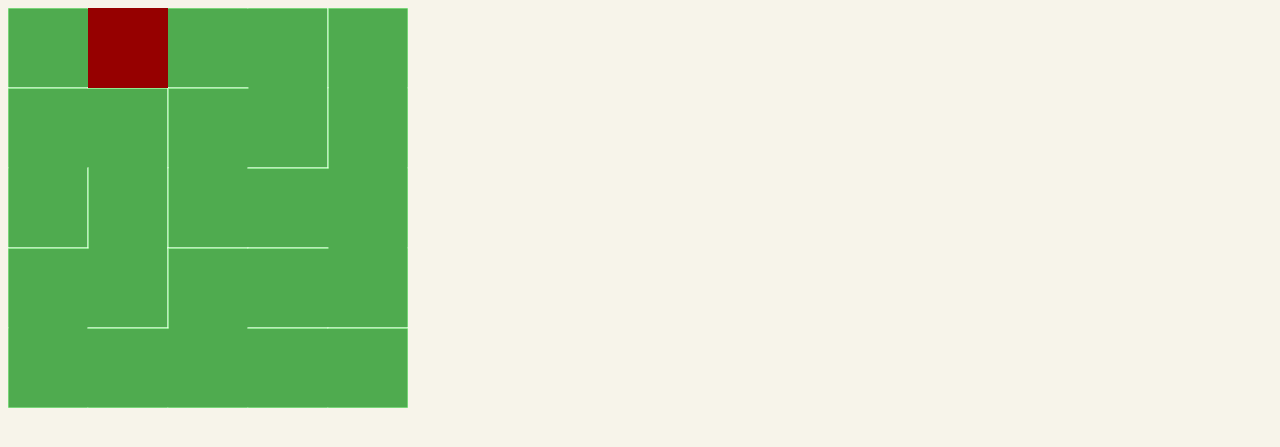
Repository: animarcus/maze-generator
Page: index.html
An editor plug-in stored every save of this project. The page is shown before and after the next save, followed by the edit.
The browser window is 1280 px wide. The pictures show the whole page.
Some web libraries are served in a nearby version.

Above is the page before, as saved 2020-09-12 17:51:34.
Console error: SyntaxError: Unexpected token '}'

### index.html
<!DOCTYPE html>
<html lang="en">
<head>
  <link rel="apple-touch-icon" sizes="180x180" href="/icons/apple-touch-icon.png">
  <link rel="icon" type="image/png" sizes="32x32" href="/icons/favicon-32x32.png">
  <link rel="icon" type="image/png" sizes="16x16" href="/icons/favicon-16x16.png">
  <link rel="manifest" href="/icons/site.webmanifest">
  <link rel="mask-icon" href="/icons/safari-pinned-tab.svg" color="#5bbad5">
  <link rel="shortcut icon" href="/icons/favicon.ico">
  <meta name="msapplication-TileColor" content="#da532c">
  <meta name="msapplication-config" content="/icons/browserconfig.xml">
  <meta name="theme-color" content="#ffffff">

  <script type="text/javascript" src="https://cdn.jsdelivr.net/npm/p5@1.1.4/lib/p5.min.js"></script>
  <script src="js/cell.js"></script>
  <script src="js/sketch.js"></script>
  <script src="js/solver.js"></script>


  <link rel="stylesheet" href="css/style.css">
  <meta charset="UTF-8">
  <meta name="viewport" content="width=device-width, initial-scale=1.0, maximum-scale=1.0, user-scalable=0">
  <title>Maze Generator</title>
</head>
<body>
</body>
</html>

### js/cell.js
class Cell {
  constructor(i, j) {
    this.i = i;
    this.j = j;
    this.walls = [true,true,true,true];
    this.visited = false;
  }
  checkNeighbors() {
    let neighbors = [];
    // console.log(index(i+1  , j   ));
    let top     = grid[index(this.i    , this.j-1 )];
    let right   = grid[index(this.i+1  , this.j   )];
    let bottom  = grid[index(this.i    , this.j +1)];
    let left    = grid[index(this.i-1  , this.j   )];
    if (top && !top.visited) {
      neighbors.push(top);
    }
    if (right && !right.visited) {
      neighbors.push(right);
    }
    if (bottom && !bottom.visited) {
      neighbors.push(bottom);
    }
    if (left && !left.visited) {
      neighbors.push(left);
    }
    if (neighbors.length > 0) {
      let r = floor(Math.random() * neighbors.length);
      return neighbors[r];
    } else {
      return undefined;
    }
  }
  highlight() {
    let x = this.i * w;
    let y = this.j * w;
    fill(150, 0, 0, 255);
    noStroke();
    rect(x, y, w, w);
  }
  show() {
    let x = this.i*w;
    let y = this.j*w;
    stroke(255);
    if (this.walls[0]) {
      line(x,y,x+w,y);
    }
    if (this.walls[1]) {
      line(x+w,y,x+w,y+w);
    }
    if (this.walls[2]) {
      line(x+w,y+w,x,y+w);
    }
    if (this.walls[3]) {
      line(x,y+w,x,y);
    }
    if (this.visited) {
      noStroke();
      fill(100, 255, 100, 150);
      rect(x, y, w, w);
    }
  }
}

### js/sketch.js



let cols, rows;
let w = 80;
let grid = [];
let current;
let stack = [new Cell(0, 0)];

let generated;
let solveOK;


function setup() {
  createCanvas(400,400);
  cols = floor(width/w);
  rows = floor(width/w);

  // frameRate(7);

  generated = false;
  solveOK = false;

  for (let j = 0; j < rows; j++) {
    for (let i = 0; i < cols; i++) {
      let cell = new Cell(i,j);
      grid.push(cell);
    }
  }
  current = grid[0];
}

function draw() {
  background(51);
  for (let i = 0; i < grid.length; i++) {
    grid[i].show();
  }
  if (!generated) {
    maze.generateMaze();
  } else if (solveOK) {
    maze.solveMaze();
  }
}


let maze = {
  generateMaze : function() {
    current.visited = true;
    current.highlight();
    let next = current.checkNeighbors();
    // console.log(stack);
    if (next) {
      next.visited = true;
      //step 2
      stack.push(next);
      //step 3
      removeWalls(current, next);
      //step 4
      current = next;
    } else if (stack.length > 0) {
      current = stack.pop();
      if (stack.length == 0) {
        frameRate(3);
        // console.log("no");
        solver = new Solver(0, 0);
        generated = true;

        solveOK = true;
      }
    }
  },
  solveMaze : function() {
    // grid[0].highlight();
    noStroke();
    fill(color("white"));
    rect(grid[0].i, grid[0].j, w/3, w);
    rect(grid[0].i, grid[0].j, w, w/3);
    fill(color("black"));
    rect(grid[grid.length-1].i*w + w, grid[grid.length-1].j*w + w, -w/3, -w);
    rect(grid[grid.length-1].i*w + w, grid[grid.length-1].j*w + w, -w, -w/3);

    fill(color("red"));
    // rect(solver.i+w/10,solver.j+w/10,w-w/5,w-w/5);
    solver.draw();
    solver.move();
  }
};


function index(i, j) {
  if (i < 0 || j < 0 || i > cols-1 || j > rows-1) {
    return -1;
  }
  return i + j * cols;
}


function removeWalls(a, b) {
  let x = a.i - b.i;
  if (x === 1) {
    a.walls[3] = false;
    b.walls[1] = false;
  } else if (x == -1) {
    a.walls[1] = false;
    b.walls[3] = false;
  }

  let y = a.j - b.j;
  if (y === 1) {
    a.walls[0] = false;
    b.walls[2] = false;
  } else if (y === -1) {
    a.walls[2] = false;
    b.walls[0] = false;
  }

}

### js/solver.js
let facing;
class Solver {
  constructor(x, y) {
    this.i = x;
    this.j = y;
    this.direction = 1; // up-right-down-left
  }
  draw() {
    this.current = grid[index(this.i, this.j)];
    if (this.direction > 3) {
      this.direction = 0;
    }

    fill(color("red"));
    let x = this.i*w;
    let y = this.j*w;

    if (this.direction % 4 === 0 || this.direction === 0) {
      this.facing = grid[index(this.i, this.j-1)];
      rect(x + w/2-w/8, y + w/2, w/4, -w/2);
    } else if ((this.direction + 1) % 4 === 0) {
      rect(x + w/2, y + w/2-w/8, w/2, w/4);
      this.facing = grid[index(this.i+1, this.j)];
    } else if ((this.direction + 2) % 4 === 0) {
      rect(x + w/2-w/8, y + w/2, w/4, w/2);
      this.facing = grid[index(this.i, this.j+1)];
    } else if ((this.direction + 3) % 4 === 0) {
      rect(x + w/2, y + w/2-w/8, -w/2, w/4);
      this.facing = grid[index(this.i-1, this.j)];
    }
    if (this.facing === undefined) {
      console.log("boop");
      this.facing = {"walls" : [true, true, true, true]};
    }
  }
  move() {
    if (current.walls[front]) {
      if (current.walls[front+1])
    }
    // up wall check : this.current.walls[0] && this.facing.walls[2]
    // right wall check : this.current.walls[1] && this.facing.walls[3]
    // down wall check : this.current.walls[2] && this.facing.walls[0]
    // left wall check : this.current.walls[3] && this.facing.walls[1]

  }
}

### css/style.css
* {
  cursor: default;
  /* -webkit-touch-callout: none;
  -webkit-user-select: none;
  -khtml-user-select: none;
  -moz-user-select: none;
  -ms-user-select: none;
  user-select: none; */
}
body {
  background: #f7f4ea;
  height: 100%;
  overflow-y: hidden;
  overflow-x: hidden;
  /* border-radius: 50%; */
}

/* p {
  position: absolute;
  top:50%;
  left:50%;
  transform: translate(-50%,-50%);
} */

After the next save:
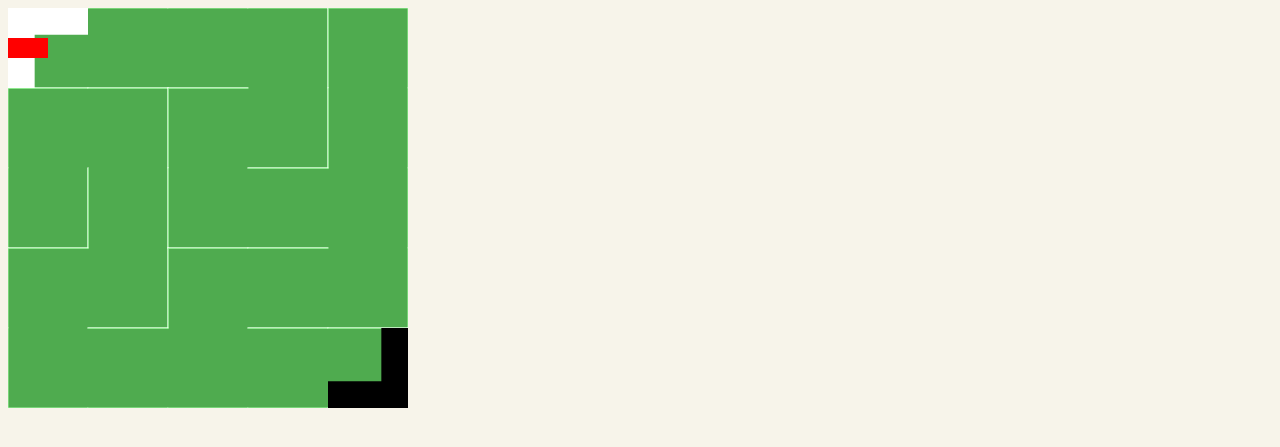
Console error: ReferenceError: front is not defined
Saved 26 s later.
--- a/js/solver.js
+++ b/js/solver.js
@@ -35,12 +35,13 @@ class Solver {
   }
   move() {
     if (current.walls[front]) {
-      if (current.walls[front+1])
+      if (current.walls[front+1]) {
+        //
+      }
     }
     // up wall check : this.current.walls[0] && this.facing.walls[2]
     // right wall check : this.current.walls[1] && this.facing.walls[3]
     // down wall check : this.current.walls[2] && this.facing.walls[0]
     // left wall check : this.current.walls[3] && this.facing.walls[1]
-
   }
 }
